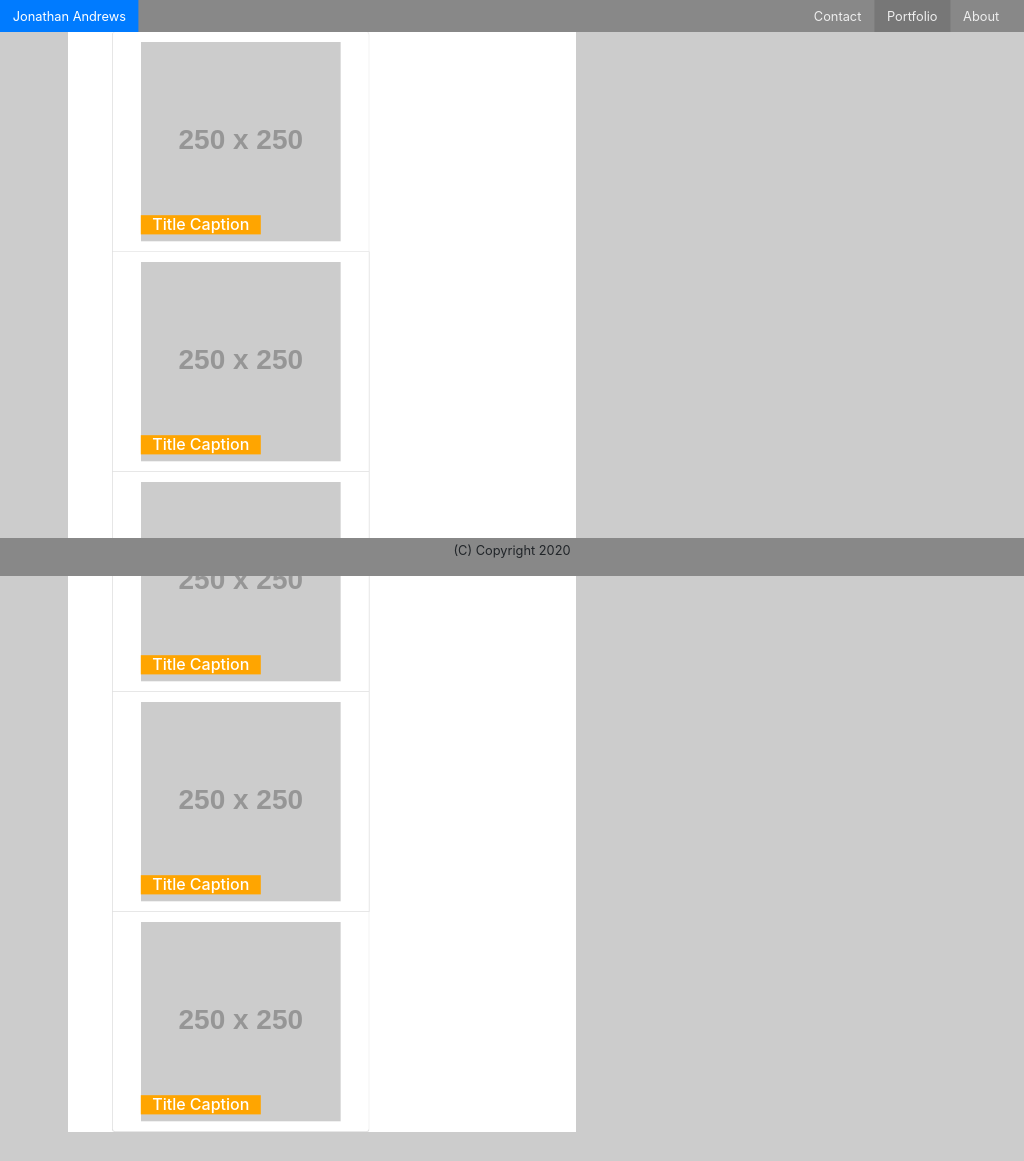
Repository: ionathas78/ionathas78.github.io
Page: portfolio.html
An editor plug-in stored every save of this project. The page is shown before and after the next save, followed by the edit.
The browser window is 1280 px wide. The pictures show the whole page, at 80% of full size.

Above is the page before, as saved 2020-03-17 19:22:04.

### portfolio.html
<!DOCTYPE html>
<html lang="en">
<head>
    <meta charset="UTF-8">
    <meta name="viewport" content="width=device-width, initial-scale=1.0">
    <title>Jonathan Andrews</title>

    <link rel="stylesheet" href="https://stackpath.bootstrapcdn.com/bootstrap/4.4.1/css/bootstrap.min.css" integrity="sha384-Vkoo8x4CGsO3+Hhxv8T/Q5PaXtkKtu6ug5TOeNV6gBiFeWPGFN9MuhOf23Q9Ifjh" crossorigin="anonymous">
    <style type="text/CSS">
        .list-group-item, li:first-child {border-top: 0;}
        /* Extra small devices (portrait phones, less than 576px) */
        @media (max-width: 575px) {
            img {
                width: "50%";
                height: "50%";
            }
            h5 {
                font-size: 0.5vw;
            }
         }

        /* Small devices (landscape phones, 576px and up) */
        @media (min-width: 576px) and (max-width: 767px) {
            img {
                width: "70%";
                height: "70%";
            }
            h5 {
                font-size: 0.75vw;
            }
        }

        /* Medium devices (tablets, 768px and up) */
        @media (min-width: 768px) and (max-width: 991px) {
            img {
                width: "85%";
                height: "85%";
            }
            h5 {
                font-size: 1.0vw;
            }
        }

        /* Large devices (desktops, 992px and up) */
        @media (min-width: 992px) and (max-width: 1199px) {
            img {
                width: "100%";
                height: "100%";
            }
            h5 {
                font-size: 2.0vw;
            }
        }

    </style>
</head>
<body style="background-color: #ccc">
    <header>
        <ul class="nav col-sm-12 col-med-3 col-lg-3 float-left" style="background-color: #888;">
            <li class="nav-item bg-primary">
              <a class="nav-link active" href="#" style="color: white;">Jonathan Andrews</a>
            </li>
        </ul>
        <ul class="nav col-sm-12 col-med-9 col-lg-9 float-left" style="background-color: #888; flex-direction: row-reverse;">
            <li class="nav-item">
              <a class="nav-link" href="index.html" style="color: #eee;">About</a>
            </li>
            <li class="nav-item">
              <a class="nav-link active" href="portfolio.html" style="background-color: #777; color: #eee;">Portfolio</a>
            </li>
            <li class="nav-item">
                <a class="nav-link" href="contact.html" style="color: #eee;">Contact</a>
            </li>
        </ul>
    </header>

    <div class="container">
        <div class="row" style="clear:both; margin-bottom: 20px;">
            <div class="col-sm-9 col-md-8 col-lg-7">
                <div class="container clearfix" style="background-color: white;">
                    <!-- <ul class="list-group list-group-horizontal float-left"> -->
                    <ul style="align-content: space-around;">
                        <li class="list-group-item float-left">
                            <div class="container">
                                <a style="position: relative;" href="" target="_blank"><img src="https://via.placeholder.com/250" alt="Placeholder Item Image"/></a>
                                <h5 style="position: absolute; background-color: orange; color: white; bottom: 1vw; width: 150px; text-align: center;">Title Caption</h5>
                            </div>
                        </li>
                        <li class="list-group-item float-left">
                            <div class="container">
                                <a style="position: relative;" href="" target="_blank"><img src="https://via.placeholder.com/250" alt="Placeholder Item Image"/></a>
                                <h5 style="position: absolute; background-color: orange; color: white; bottom: 1vw; width: 150px; text-align: center;">Title Caption</h5>
                            </div>
                        </li>
                        <li class="list-group-item float-left">
                            <div class="container">
                                <a style="position: relative;" href="" target="_blank"><img src="https://via.placeholder.com/250" alt="Placeholder Item Image"/></a>
                                <h5 style="position: absolute; background-color: orange; color: white; bottom: 1vw; width: 150px; text-align: center;">Title Caption</h5>
                            </div>
                        </li>
                        <li class="list-group-item float-left">
                            <div class="container">
                                <a style="position: relative;" href="" target="_blank"><img src="https://via.placeholder.com/250" alt="Placeholder Item Image"/></a>
                                <h5 style="position: absolute; background-color: orange; color: white; bottom: 1vw; width: 150px; text-align: center;">Title Caption</h5>
                            </div>
                        </li>
                        <li class="list-group-item float-left">
                            <div class="container">
                                <a style="position: relative;" href="" target="_blank"><img src="https://via.placeholder.com/250" alt="Placeholder Item Image"/></a>
                                <h5 style="position: absolute; background-color: orange; color: white; bottom: 1vw; width: 150px; text-align: center;">Title Caption</h5>
                            </div>
                        </li>
                      </ul>
                </div>
            </div>
        </div>
    </div>

    <footer style="position: fixed; bottom: 0; background-color: #888; width: 100%;">
        <p style="line-height: 200%; text-align: center;">
            (C) Copyright 2020
        </p>
    </footer>
    <!-- JS Scripts -->

    <script src="https://code.jquery.com/jquery-3.4.1.slim.min.js" integrity="sha384-J6qa4849blE2+poT4WnyKhv5vZF5SrPo0iEjwBvKU7imGFAV0wwj1yYfoRSJoZ+n" crossorigin="anonymous"></script>
    <script src="https://cdn.jsdelivr.net/npm/popper.js@1.16.0/dist/umd/popper.min.js" integrity="sha384-Q6E9RHvbIyZFJoft+2mJbHaEWldlvI9IOYy5n3zV9zzTtmI3UksdQRVvoxMfooAo" crossorigin="anonymous"></script>
    <script src="https://stackpath.bootstrapcdn.com/bootstrap/4.4.1/js/bootstrap.min.js" integrity="sha384-wfSDF2E50Y2D1uUdj0O3uMBJnjuUD4Ih7YwaYd1iqfktj0Uod8GCExl3Og8ifwB6" crossorigin="anonymous"></script>
</body>
</html>

After the next save:
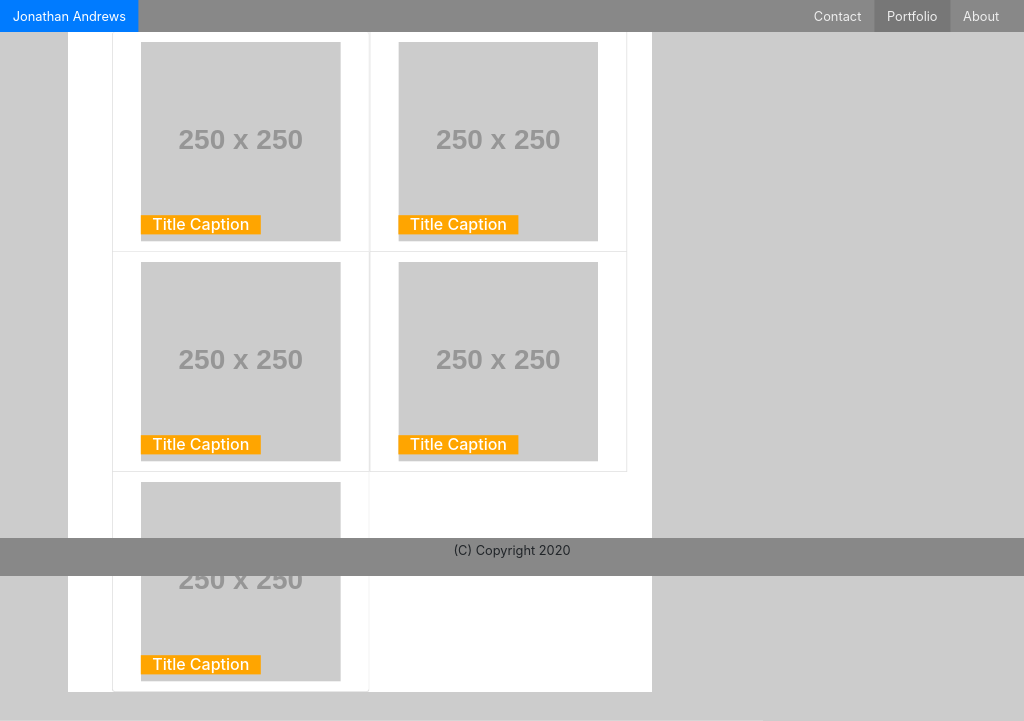
Saved 38 s later.
--- a/portfolio.html
+++ b/portfolio.html
@@ -76,7 +76,7 @@
 
     <div class="container">
         <div class="row" style="clear:both; margin-bottom: 20px;">
-            <div class="col-sm-9 col-md-8 col-lg-7">
+            <div class="col-sm-10 col-md-9 col-lg-8">
                 <div class="container clearfix" style="background-color: white;">
                     <!-- <ul class="list-group list-group-horizontal float-left"> -->
                     <ul style="align-content: space-around;">
